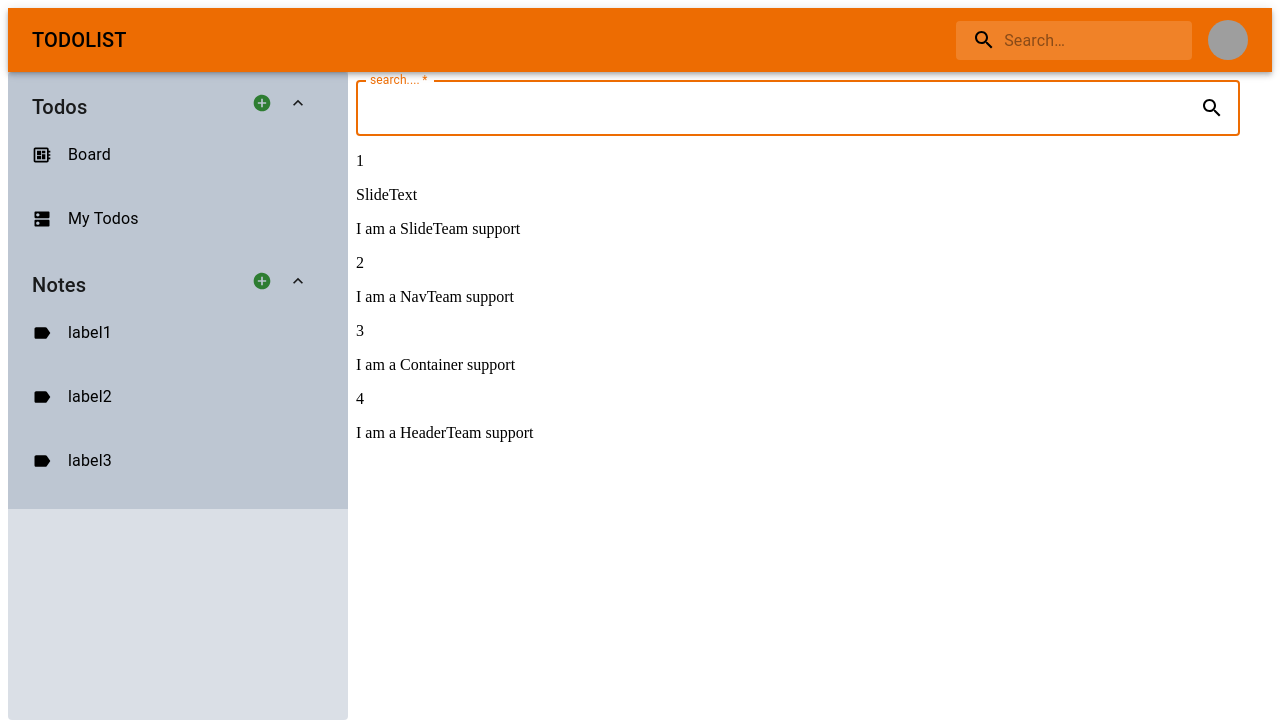
Repository: HrishrathTBS/Trackerbea
Page: / (app in client/)
The author's editor kept a copy of each file at every save. The page is drawn from the files as they stood at one save, then again after the next save.
The browser window is 1280 px wide. The pictures show the whole page.
Pictures or frames that could not be fetched are drawn as grey boxes. The project was rebuilt for these pictures with package versions that can differ from the ones it lists, and the page was loaded fresh each time. Also part of the build but not shown: client/src/components/TodoList.js, client/src/components/Board.js, client/src/components/ListOfBar.js, client/src/components/MyTodos.js, client/src/pages/Label/Label1.js, client/src/pages/Label/Label2.js, client/src/pages/Label/Label3.js.

Above is the page before, as saved 2022-03-10 16:52:33.

After the next save:
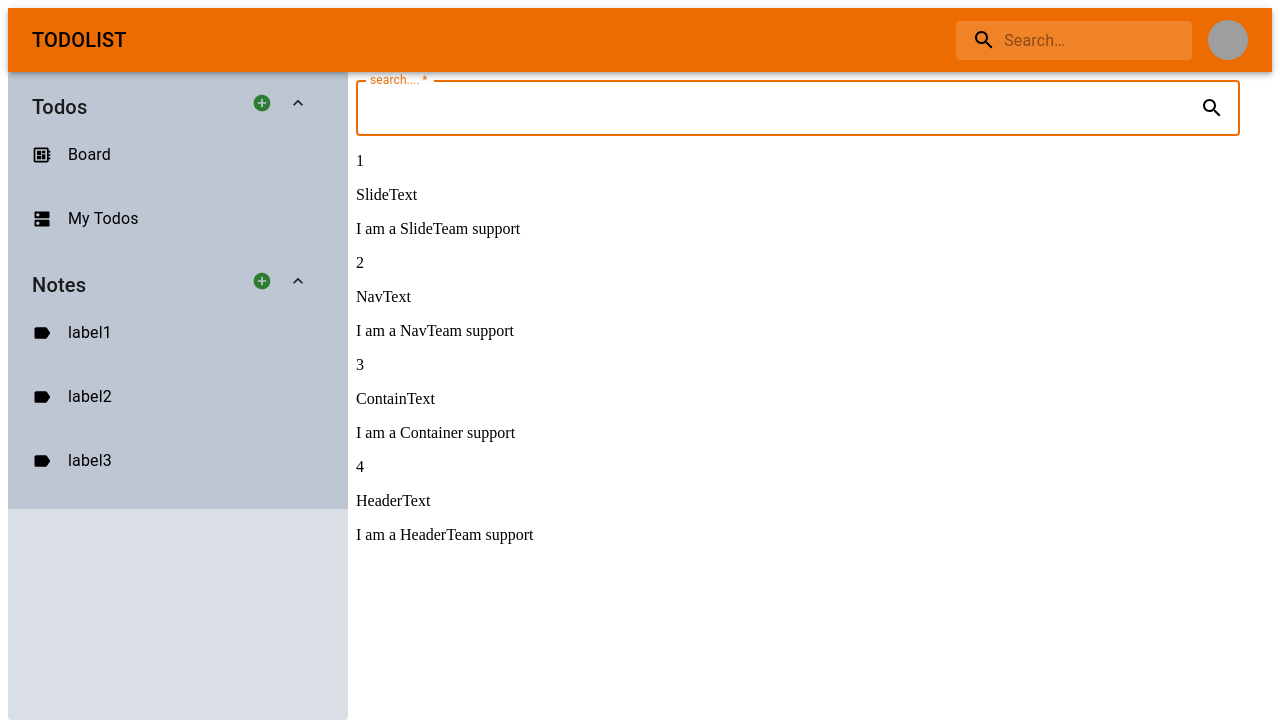
Saved 2 min 10 s later.
--- a/client/src/components/LabelData.js
+++ b/client/src/components/LabelData.js
@@ -7,17 +7,17 @@ export const teams_data = [
   },
   {
     HeaderText: '2',
-    titleText: 'NavText',
+    TitleText: 'NavText',
     NotesText: 'I am a NavTeam support',
   },
   {
     HeaderText: '3',
-    titleText: 'ContainText',
+    TitleText: 'ContainText',
     NotesText: 'I am a Container support',
   },
   {
     HeaderText: '4',
-    titleText: 'HeaderText',
+    TitleText: 'HeaderText',
     NotesText: 'I am a HeaderTeam support',
   },
 ];
